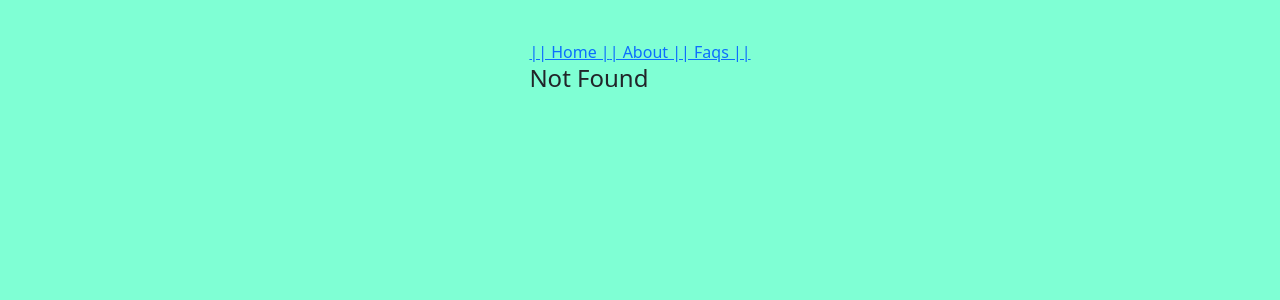
Repository: abgdev1997/proyecto-evo
Page: /task/1
The author's editor kept a copy of each file at every save. The page is drawn from the files as they stood at one save, then again after the next save.
The browser window is 1280 px wide. The pictures show the whole page.
The project was rebuilt for these pictures with package versions that can differ from the ones it lists, and the page was loaded fresh each time. Also part of the build but not shown: src/routes/Home/HomePage.jsx, src/routes/about-faqs/AboutPage.jsx, src/routes/profile/ProfilePage.jsx.

Above is the page before, as saved 2022-02-16 13:47:58.

After the next save:
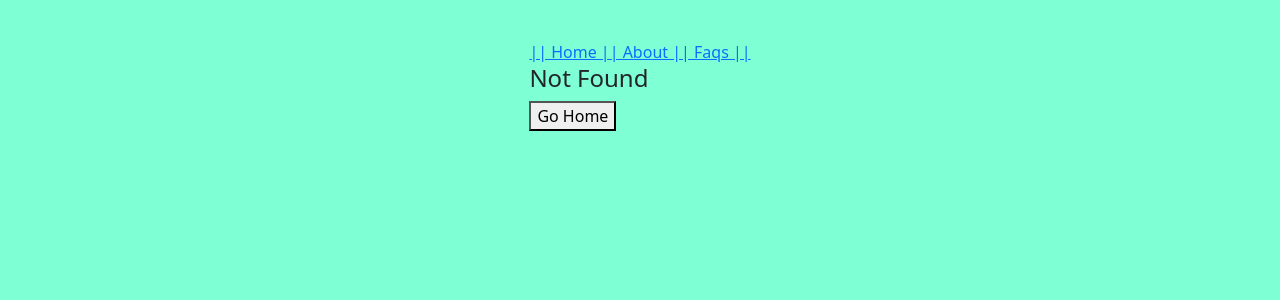
Saved 103 s later.
--- a/src/routes/404/NotFoundPage.jsx
+++ b/src/routes/404/NotFoundPage.jsx
@@ -1,9 +1,19 @@
 import React from 'react';
+import { useHistory } from 'react-router-dom';
 
 const Notfoundpage = () => {
+    const history = useHistory();
+
+    const navigate = (path) => {
+        history.push(path)
+    }
+
     return (
         <div>
             <h4>Not Found</h4>
+            <button onClick={ () => navigate('/') }>
+                Go Home
+            </button>
         </div>
     );
 }
